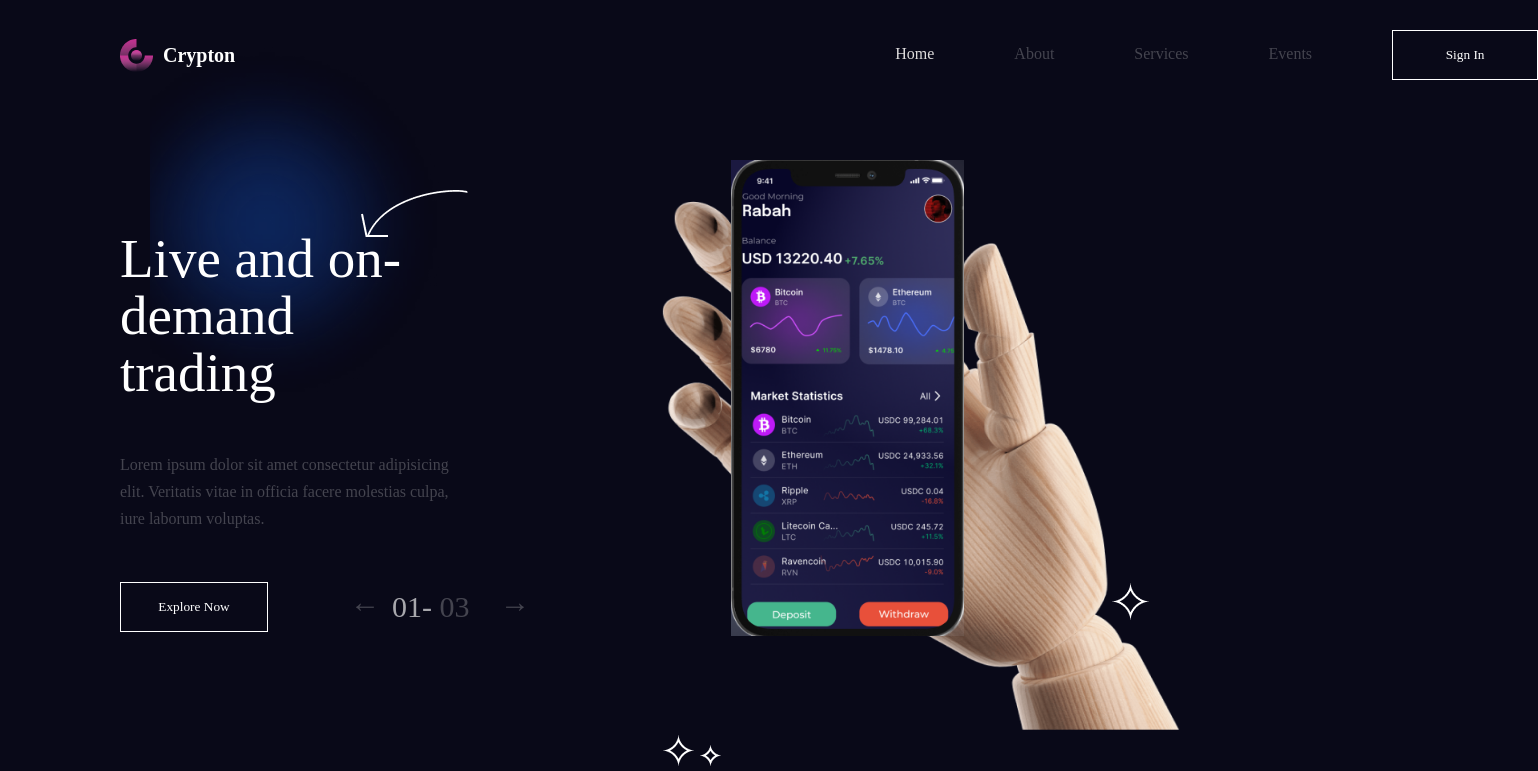
Repository: isaacCodes1/Crypton-Website
Page: index.html
An editor plug-in stored every save of this project. The page is shown before and after the next save, followed by the edit.
The browser window is 1280 px wide. The page is 1538 px wide, so the pictures cover 1538 px, including what lies to the right of the window. The pictures show the whole page.

Above is the page before, as saved 2024-05-14 21:11:32.

After the next save:
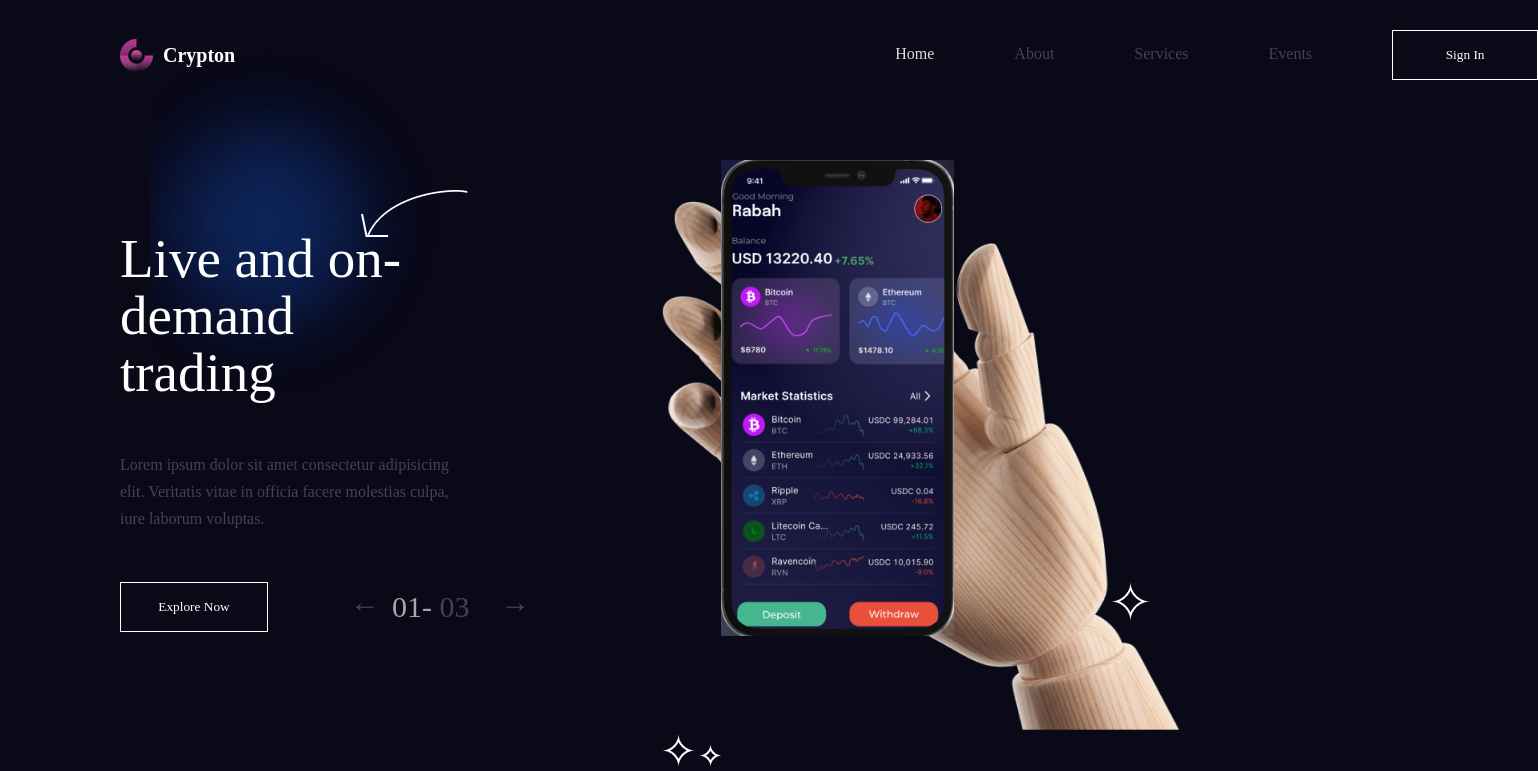
Saved 4 s later.
--- a/style.css
+++ b/style.css
@@ -143,7 +143,7 @@ body{
 }
 .wood{
     position: absolute;
-    right: 216px;
+    right: 226px;
     top: -30px;
     width: 45%;
 }
